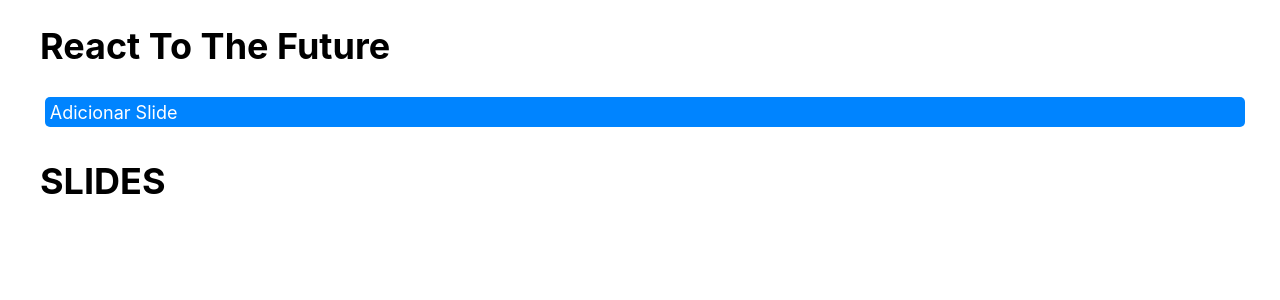
Repository: gotomarcelo/MERN
Page: / (app in cliente/)
An editor plug-in stored every save of this project. The page is shown before and after the next save, followed by the edit.
The browser window is 1280 px wide. The pictures show the whole page.
The page's requests for data from a server got no answer. The project was rebuilt for these pictures with package versions that can differ from the ones it lists, and the page was loaded fresh each time. No one was signed in, and anything a server would have sent is missing.

Above is the page before, as saved 2022-01-03 14:53:57.

### cliente/src/App.js
import React, { useState, useEffect } from "react";
import Axios from "axios";
import "./App.css";
import Colapsavel from "./Colapsavel";

function App() {
  const [tituloSlide, setTitulo] = useState("");
  const [conteudoSlide, setConteudo] = useState("");

  const [newTituloSlide, setNewTituloSlide] = useState("");
  const [newConteudoSlide, setNewConteudoSlide] = useState("");

  const [slideList, setSlideList] = useState([]);

  useEffect(() => {
    Axios.get("http://localhost:3001/read").then((response) =>
      setSlideList(response.data)
    );
  }, []);

  const addToList = () => {
    Axios.post("http://localhost:3001/insert", {
      tituloSlide: tituloSlide,
      conteudoSlide: conteudoSlide,
    });
    window.location.reload();
  };

  const updateSlide = (id) => {
    Axios.put("http://localhost:3001/update", {
      id: id,
      newTituloSlide: newTituloSlide,
      newConteudoSlide: newConteudoSlide,
    });
    window.location.reload();
  };

  const deleteSlide = (id) => {
    Axios.delete(`http://localhost:3001/delete/${id}`);
    window.location.reload();
  };

  return (
    <>
      <body>
        <h1>React To The Future</h1>
        <Colapsavel label="Adicionar Slide">
          <form class="form">
            <h2>Adicionar Slide</h2>
            <p className="p" type="Título:">
              <input
                className="entrada"
                placeholder="Título do slide"
                type="text"
                onChange={(event) => {
                  setTitulo(event.target.value);
                }}
              />
            </p>

            <p className="p" type="Conteúdo:">
              <input
                className="entrada"
                placeholder="Conteúdo do slide"
                type="text"
                onChange={(event) => {
                  setConteudo(event.target.value);
                }}
              />
            </p>
            <button className="button" onClick={addToList}>Add To List</button>
          </form>
        </Colapsavel>
        <h1>SLIDES</h1>
        {slideList.map((val, key) => {
          return (
            <Colapsavel label={val.tituloSlide} key={key}>
              <h1>{val.tituloSlide}</h1>
              <p>{val.conteudoSlide}</p>
              <input
                type="text"
                placeholder="Novo nome do título"
                onChange={(event) => {
                  setNewTituloSlide(event.target.value);
                }}
              />
              <input
                type="text"
                placeholder="Atualizar conteudo"
                onChange={(event) => {
                  setNewConteudoSlide(event.target.value);
                }}
              />
              <button onClick={() => updateSlide(val._id)}>Atualizar</button>
              <button onClick={() => deleteSlide(val._id)}>Deletar</button>
            </Colapsavel>
          );
        })}
      </body>
    </>
  );
}

export default App;

### cliente/src/index.css
body {
    font-family: -apple-system, BlinkMacSystemFont, 'Segoe UI', Roboto, Oxygen,
     Ubuntu, Cantarell, 'Open Sans', 'Helvetica Neue', sans-serif;
}

### cliente/src/App.css
.App {
  text-align: center;
  display: flex;
  flex-direction: column;
  justify-content: center;
  align-items: center;
}

input,
button {
  width: 200px;
  height: 30px;
  font-size: 20px;
  margin: 5px;
}

body {
  max-width: 1200px;
  font-size: 18px;
  padding: 0;
  margin: 0 auto !important;
}

h2 {
  margin: 10px 0;
  padding-bottom: 10px;
  width: 300px;
  color: #0084ff;
  border-bottom: 3px solid #b4daff;
}

.entrada {
  width: 100%;
  padding: 10px;
  box-sizing: border-box;
  background: none;
  outline: none;
  resize: none;
  border: 0;
  font-family: "Montserrat", sans-serif;
  transition: all 0.3s;
  border-bottom: 2px solid #0084ff;
}

.entrada:focus {
  border-bottom: 2px solid #b4daff;
}

.form {
  width: 1200px;
  height: 320px;
  padding: 20px 30px;
  max-width: calc(100vw - 40px);
  box-sizing: border-box;
  font-family: "Montserrat", sans-serif;
  position: relative;
}

.p:before {
  content: attr(type);
  display: block;
  margin: 28px 0 0;
  font-size: 14px;
  color: #0084ff;
}
.button {
  float: right;
  padding: 0.1rem;
  border-radius: 5px;
  margin: 8px 0 0;
  font-family: "Montserrat", sans-serif;
  border: 2px solid #0084ff;
  background: 0;
  color: #5a5a6e;
  cursor: pointer;
  transition: all 0.3s;
}
.button:hover {
  background: #b4daff;
  color: rgb(0, 0, 0);
}

### cliente/src/Colapsavel.js
import React, { useState, useRef } from "react";
import "./Colapsavel.css";

function Colapsavel(props) {
  const [isOpen, setIsOpen] = useState(false);

  const paiRef = useRef();

  return (
    <div className="colapsavel">
      <button className="toggle" onClick={() => setIsOpen(!isOpen)}>
        {props.label}
      </button>
      <div
      className="conteudo-pai"
      ref={paiRef}
      style={isOpen
        ?   {
            height: paiRef.current.scrollHeight + "px"
            }
        :   {
            height: "0px"
            }
      }
    >
        <div className="conteudo">{props.children}</div>
      </div>
    </div>
  );
}

export default Colapsavel;

### cliente/src/Colapsavel.css
.colapsavel .toggle {
  background: #0084ff;
  border: unset;
  cursor: pointer;
  font: unset;
  padding: 0.3rem;
  border-radius: 5px;
  color: #ffffff;
  margin-bottom: 0.5rem;
  width: 100%;
  text-align: left;
}

.colapsavel .conteudo {
    border: 1px solid #afafaf;
    padding: 0.5rem;
    border-radius: 5px;
    margin-bottom: 0.5rem;
}

.colapsavel .conteudo-pai {
    height: 0px;
    overflow: hidden;
    transition: height ease 0.3s;
}

Loaded but not shown: cliente/src/index.js (common file)

After the next save:
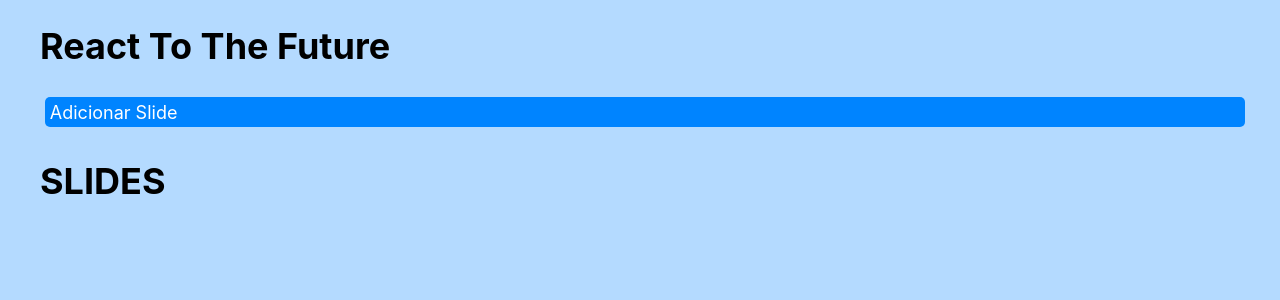
Saved 8 min 54 s later.
--- a/cliente/src/App.css
+++ b/cliente/src/App.css
@@ -79,3 +79,7 @@ h2 {
   background: #b4daff;
   color: rgb(0, 0, 0);
 }
+
+body{
+  background-color: #b4daff;
+}
